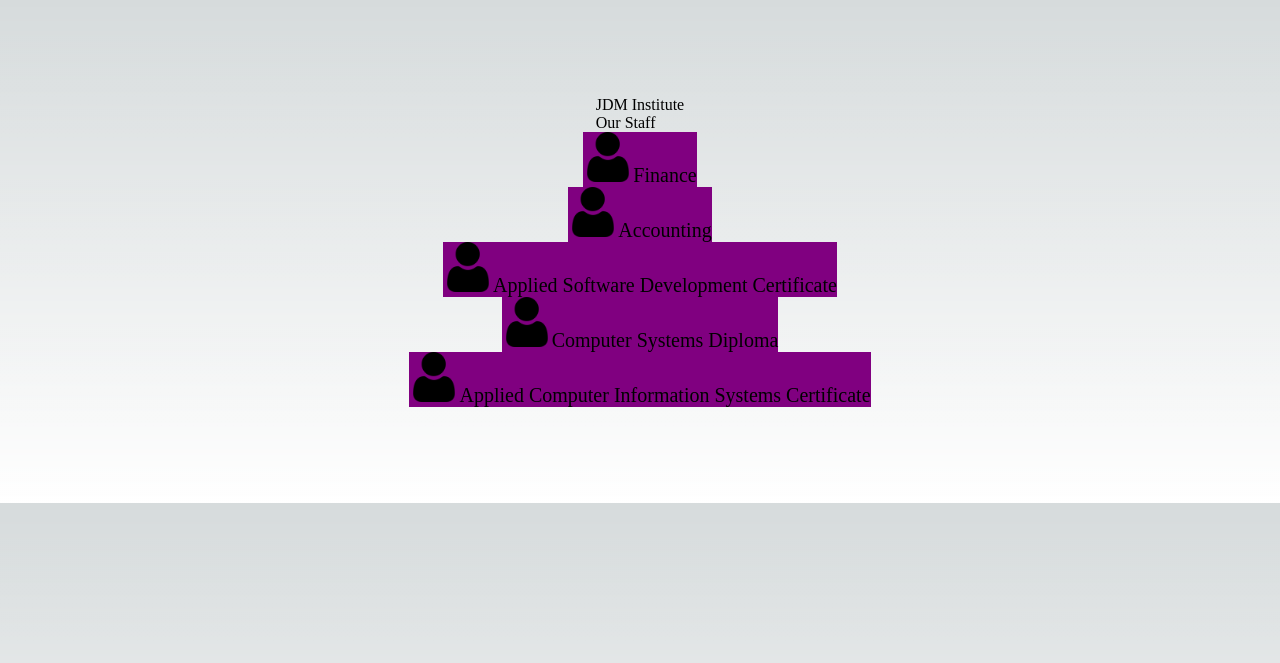
Repository: jennydmcm/class03practice
Page: /
The author's editor kept a copy of each file at every save. The page is drawn from the files as they stood at one save, then again after the next save.
The browser window is 1280 px wide. The pictures show the whole page.
The project was rebuilt for these pictures with package versions that can differ from the ones it lists, and the page was loaded fresh each time. The framework's server and built-in components were replaced by stand-ins that run in the browser. Also part of the build but not shown: next.config.js.

Above is the page before, as saved 2023-01-24 19:11:29.

### pages/index.js
import Head from 'next/head'
import Image from 'next/image'
import { Inter } from '@next/font/google'
import styles from '@/styles/Home.module.css'
import data from '../data/education.json'
import { useState } from 'react'
import Card from '@/components/Card/index'
import Link from 'next/link'

const inter = Inter({ subsets: ['latin'] })

export default function Home() {
  const [information, setInformation] = useState([...data])

  return (
    <>
      <Head>
        <title>JDM Institute</title>
        <meta name="description" content="Generated by create next app" />
        <meta name="viewport" content="width=device-width, initial-scale=1" />
        <link rel="icon" href="/favicon.ico" />
      </Head>
      <main className={styles.main}>
        <div class="nav-bar">
          <div class="nav-title">JDM Institute</div>
          <div class="nav-button">
            <Link className={styles.link} href="about">Our Staff</Link>
          </div>
        </div>
        {
          information && information.map((info, index) => {
            if(info.department.toLowerCase() === "business"){
              return (
                <Card
                  key={index}
                  degree={info.degree}
                  gpa={info.gpa}
                  colourCard="#BABD8D"
                  colourInfo="#31572C"
                  font="20px"
                  fontColour="#132A13"
                />
              )
            }
          })
        }

        {
          information && information.map((info, index) => {
            if(info.department.toLowerCase() === "computing"){
              return (
                <Card
                  key={index}
                  degree={info.degree}
                  gpa={info.gpa}
                  colourCard="#BABD8D"
                  colourInfo="#31572C"
                  font="20px"
                  fontColour="#132A13"
                />
              )
            }
          })
        }
      </main>
    </>
  )
      }

### styles/Home.module.css
.main {
  display: flex;
  flex-direction: column;
  justify-content: space-between;
  align-items: center;
  padding: 6rem;

}

.description {
  display: inherit;
  justify-content: inherit;
  align-items: inherit;
  font-size: 0.85rem;
  max-width: var(--max-width);
  width: 100%;
  z-index: 2;
  font-family: var(--font-mono);
}

.description a {
  display: flex;
  justify-content: center;
  align-items: center;
  gap: 0.5rem;
}

.description p {
  position: relative;
  margin: 0;
  padding: 1rem;
  background-color: rgba(var(--callout-rgb), 0.5);
  border: 1px solid rgba(var(--callout-border-rgb), 0.3);
  border-radius: var(--border-radius);
}

.code {
  font-weight: 700;
  font-family: var(--font-mono);
}

.grid {
  display: grid;
  grid-template-columns: repeat(4, minmax(25%, auto));
  width: var(--max-width);
  max-width: 100%;
}

.card {
  padding: 1rem 1.2rem;
  border-radius: var(--border-radius);
  background: rgba(var(--card-rgb), 0);
  border: 1px solid rgba(var(--card-border-rgb), 0);
  transition: background 200ms, border 200ms;
}

.card span {
  display: inline-block;
  transition: transform 200ms;
}

.card h2 {
  font-weight: 600;
  margin-bottom: 0.7rem;
}

.card p {
  margin: 0;
  opacity: 0.6;
  font-size: 0.9rem;
  line-height: 1.5;
  max-width: 30ch;
}

.center {
  display: flex;
  justify-content: center;
  align-items: center;
  position: relative;
  padding: 4rem 0;
}

.center::before {
  background: var(--secondary-glow);
  border-radius: 50%;
  width: 480px;
  height: 360px;
  margin-left: -400px;
}

.center::after {
  background: var(--primary-glow);
  width: 240px;
  height: 180px;
  z-index: -1;
}

.center::before,
.center::after {
  content: '';
  left: 50%;
  position: absolute;
  filter: blur(45px);
  transform: translateZ(0);
}

.logo,
.thirteen {
  position: relative;
}

.thirteen {
  display: flex;
  justify-content: center;
  align-items: center;
  width: 75px;
  height: 75px;
  padding: 25px 10px;
  margin-left: 16px;
  transform: translateZ(0);
  border-radius: var(--border-radius);
  overflow: hidden;
  box-shadow: 0px 2px 8px -1px #0000001a;
}

.thirteen::before,
.thirteen::after {
  content: '';
  position: absolute;
  z-index: -1;
}

/* Conic Gradient Animation */
.thirteen::before {
  animation: 6s rotate linear infinite;
  width: 200%;
  height: 200%;
  background: var(--tile-border);
}

/* Inner Square */
.thirteen::after {
  inset: 0;
  padding: 1px;
  border-radius: var(--border-radius);
  background: linear-gradient(
    to bottom right,
    rgba(var(--tile-start-rgb), 1),
    rgba(var(--tile-end-rgb), 1)
  );
  background-clip: content-box;
}

/* Enable hover only on non-touch devices */
@media (hover: hover) and (pointer: fine) {
  .card:hover {
    background: rgba(var(--card-rgb), 0.1);
    border: 1px solid rgba(var(--card-border-rgb), 0.15);
  }

  .card:hover span {
    transform: translateX(4px);
  }
}

@media (prefers-reduced-motion) {
  .thirteen::before {
    animation: none;
  }

  .card:hover span {
    transform: none;
  }
}

/* Mobile */
@media (max-width: 700px) {
  .content {
    padding: 4rem;
  }

  .grid {
    grid-template-columns: 1fr;
    margin-bottom: 120px;
    max-width: 320px;
    text-align: center;
  }

  .card {
    padding: 1rem 2.5rem;
  }

  .card h2 {
    margin-bottom: 0.5rem;
  }

  .center {
    padding: 8rem 0 6rem;
  }

  .center::before {
    transform: none;
    height: 300px;
  }

  .description {
    font-size: 0.8rem;
  }

  .description a {
    padding: 1rem;
  }

  .description p,
  .description div {
    display: flex;
    justify-content: center;
    position: fixed;
    width: 100%;
  }

  .description p {
    align-items: center;
    inset: 0 0 auto;
    padding: 2rem 1rem 1.4rem;
    border-radius: 0;
    border: none;
    border-bottom: 1px solid rgba(var(--callout-border-rgb), 0.25);
    background: linear-gradient(
      to bottom,
      rgba(var(--background-start-rgb), 1),
      rgba(var(--callout-rgb), 0.5)
    );
    background-clip: padding-box;
    backdrop-filter: blur(24px);
  }

  .description div {
    align-items: flex-end;
    pointer-events: none;
    inset: auto 0 0;
    padding: 2rem;
    height: 200px;
    background: linear-gradient(
      to bottom,
      transparent 0%,
      rgb(var(--background-end-rgb)) 40%
    );
    z-index: 1;
  }
}

/* Tablet and Smaller Desktop */
@media (min-width: 701px) and (max-width: 1120px) {
  .grid {
    grid-template-columns: repeat(2, 50%);
  }
}

@media (prefers-color-scheme: dark) {
  .vercelLogo {
    filter: invert(1);
  }

  .logo,
  .thirteen img {
    filter: invert(1) drop-shadow(0 0 0.3rem #ffffff70);
  }
}

@keyframes rotate {
  from {
    transform: rotate(360deg);
  }
  to {
    transform: rotate(0deg);
  }
}

### data/education.json
[
        {
            "studentNumber": "A0004567",
            "firstName": "Person 1",
            "gpa": 3.8,
            "department": "Business",
            "degree": "Finance",
            "graduted": 2014
        },
        {
            "studentNumber": "A0001234",
            "firstName": "Person 2",
            "gpa": 3.5,
            "department": "Business",
            "degree": "Accounting",
            "graduted": 2010
        },
        {
            "studentNumber": "A0007890",
            "firstName": "Person 3",
            "gpa": 3.2,
            "department": "Computing",
            "degree": "Applied Software Development Certificate",
            "graduted": 2018
        },
        {
            "studentNumber": "A0007828",
            "firstName": "Person 4",
            "gpa": 3.9,
            "department": "Computing",
            "degree": "Computer Systems Diploma",
            "graduted": 2021
        },
        {
            "studentNumber": "A0003425",
            "firstName": "Person 5",
            "gpa": 3.2,
            "department": "Computing",
            "degree": "Applied Computer Information Systems Certificate",
            "graduted": 2021
        }
]

### components/Card/index.js
export default function Card({
    degree="none",
    colour="purple",
    font="0",
    image="icon/personTwo.png"
}) {
    return(
        <div style={{backgroundColor: colour, fontSize:font}}>
            {
                colour === "red" ?    <img src={'icon/person.png'} width='50'/> :
                colour === "blue" ?   <img src={'icon/personThree.png'} width='50'/> :
                                    <img src={image} width='50'/>
            }
            {degree}
        </div>
    )
}

Loaded but not shown: pages/_app.js (common file); pages/_document.js (common file); styles/globals.css (common file)

After the next save:
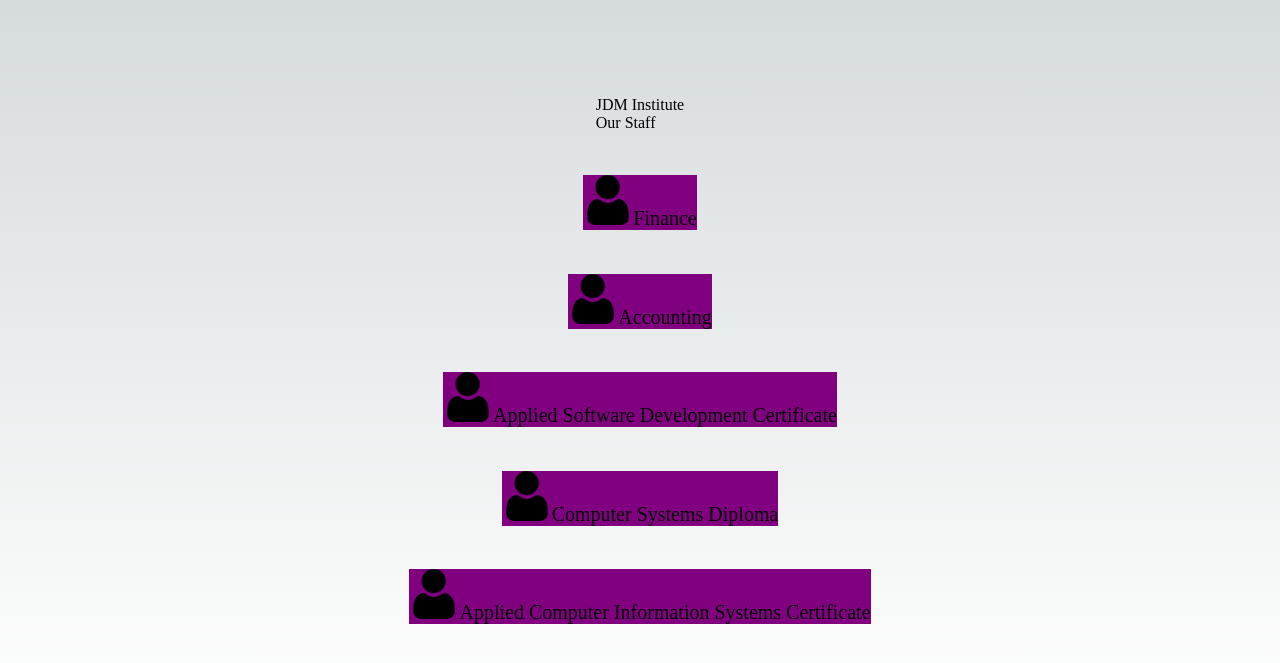
Saved 15 s later.
--- a/styles/Home.module.css
+++ b/styles/Home.module.css
@@ -4,14 +4,14 @@
   justify-content: space-between;
   align-items: center;
   padding: 6rem;
-
+  min-height: 100vh;
 }
 
 .description {
   display: inherit;
   justify-content: inherit;
   align-items: inherit;
-  font-size: 0.85rem;
+  font-size: 1rem;
   max-width: var(--max-width);
   width: 100%;
   z-index: 2;
